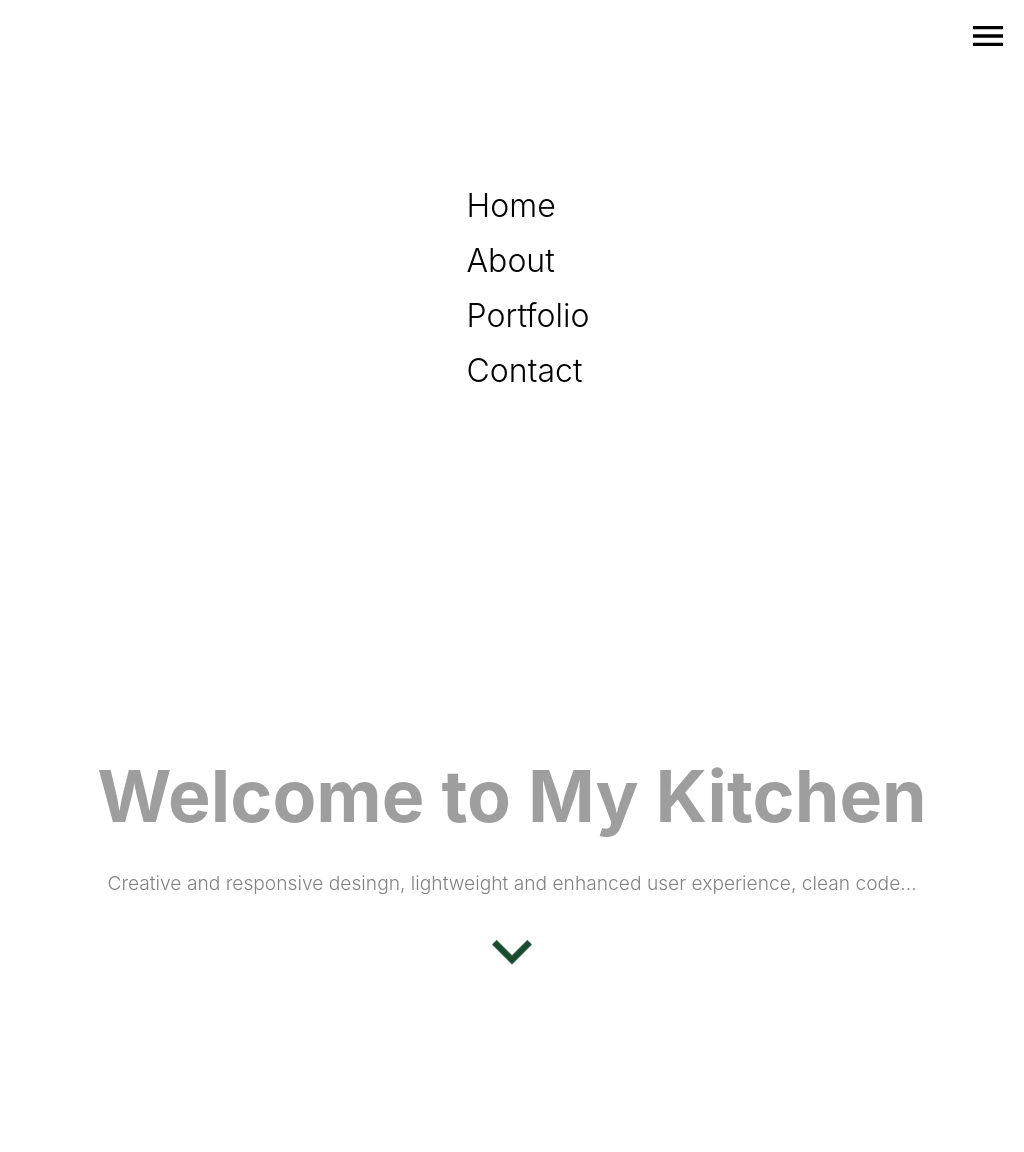
Repository: safak/safak.github.io
Page: /
An editor plug-in stored every save of this project. The page is shown before and after the next save, followed by the edit.
The browser window is 1280 px wide. The pictures show the whole page, at 80% of full size.
Pictures or frames that could not be fetched are drawn as grey boxes. Backgrounds fixed to the window are drawn as part of the page. The project was rebuilt for these pictures with package versions that can differ from the ones it lists, and the page was loaded fresh each time. Also part of the build but not shown: src/App.css.

Above is the page before, as saved 2020-08-28 04:02:50.

After the next save:
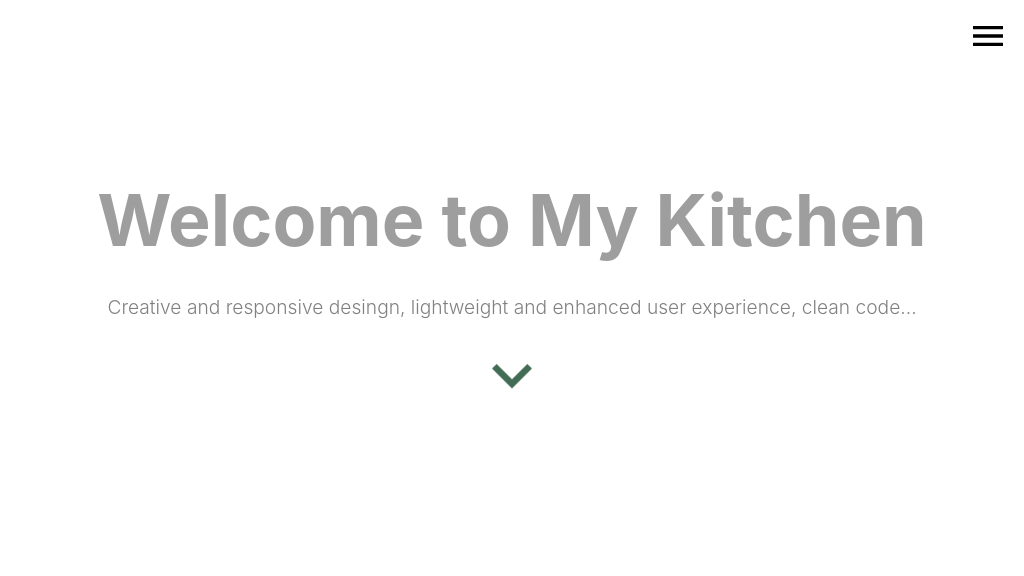
Saved 77 s later.
--- a/src/App.js
+++ b/src/App.js
@@ -7,7 +7,6 @@ import Menu from "./components/menu/Menu";
 function App() {
   return (
     <div className="app">
-      <Menu />
       <Header />
       <Introduction />
     </div>
